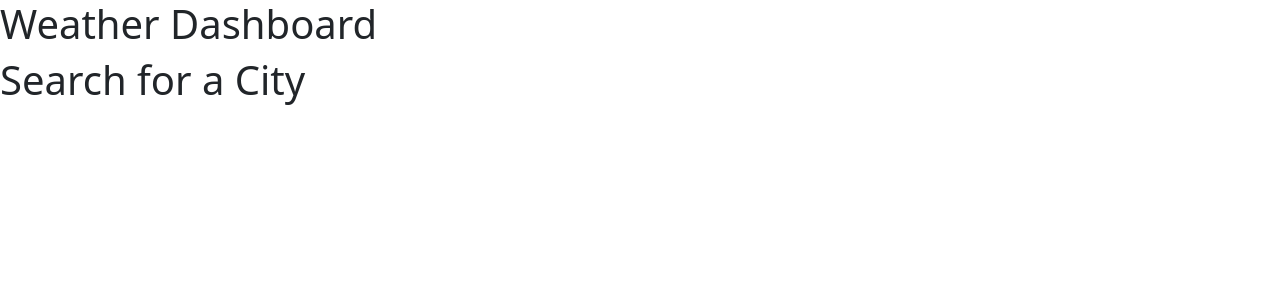
Repository: ziffoit/Weather_Dashboard
Page: index.html
An editor plug-in stored every save of this project. The page is shown before and after the next save, followed by the edit.
The browser window is 1280 px wide. The pictures show the whole page.

Above is the page before, as saved 2021-03-25 13:44:32.

### index.html
<!DOCTYPE html>
<html lang="en">
  <head>
    <meta charset="UTF-8" />
    <meta name="viewport" content="width=device-width, initial-scale=1.0" />
    <link
      href="https://cdn.jsdelivr.net/npm/bootstrap@5.0.0-beta3/dist/css/bootstrap.min.css"
      rel="stylesheet"
      integrity="sha384-eOJMYsd53ii+scO/bJGFsiCZc+5NDVN2yr8+0RDqr0Ql0h+rP48ckxlpbzKgwra6"
      crossorigin="anonymous"
    />
    <title>Document</title>
  </head>
  <body>
    <header id="header">
      <h1>Weather Dashboard</h1>
    </header>
    <aside style="float: left">
      <h1>Search for a City</h1>
    </aside>
    <section style="float: right">
      <section></section>
      <section></section>
    </section>
  </body>
</html>

### Assets/style.css
#header {
  text-align: center;
  background-color: #343a40;
  padding: 20px;
}

header > h1 {
  color: white;
}

aside {
  background-color: lightgray;
  float: left;
}

#main {
  float: right;
}

.card-body {
  background-color: lightgreen;
  margin: 8px;
}

After the next save:
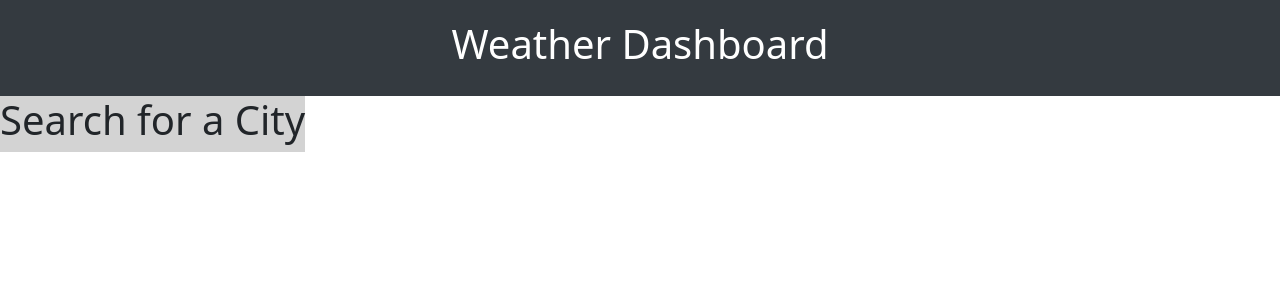
Saved 65 s later.
--- a/index.html
+++ b/index.html
@@ -9,6 +9,7 @@
       integrity="sha384-eOJMYsd53ii+scO/bJGFsiCZc+5NDVN2yr8+0RDqr0Ql0h+rP48ckxlpbzKgwra6"
       crossorigin="anonymous"
     />
+    <link rel="stylesheet" href="./Assets/style.css" />
     <title>Document</title>
   </head>
   <body>
